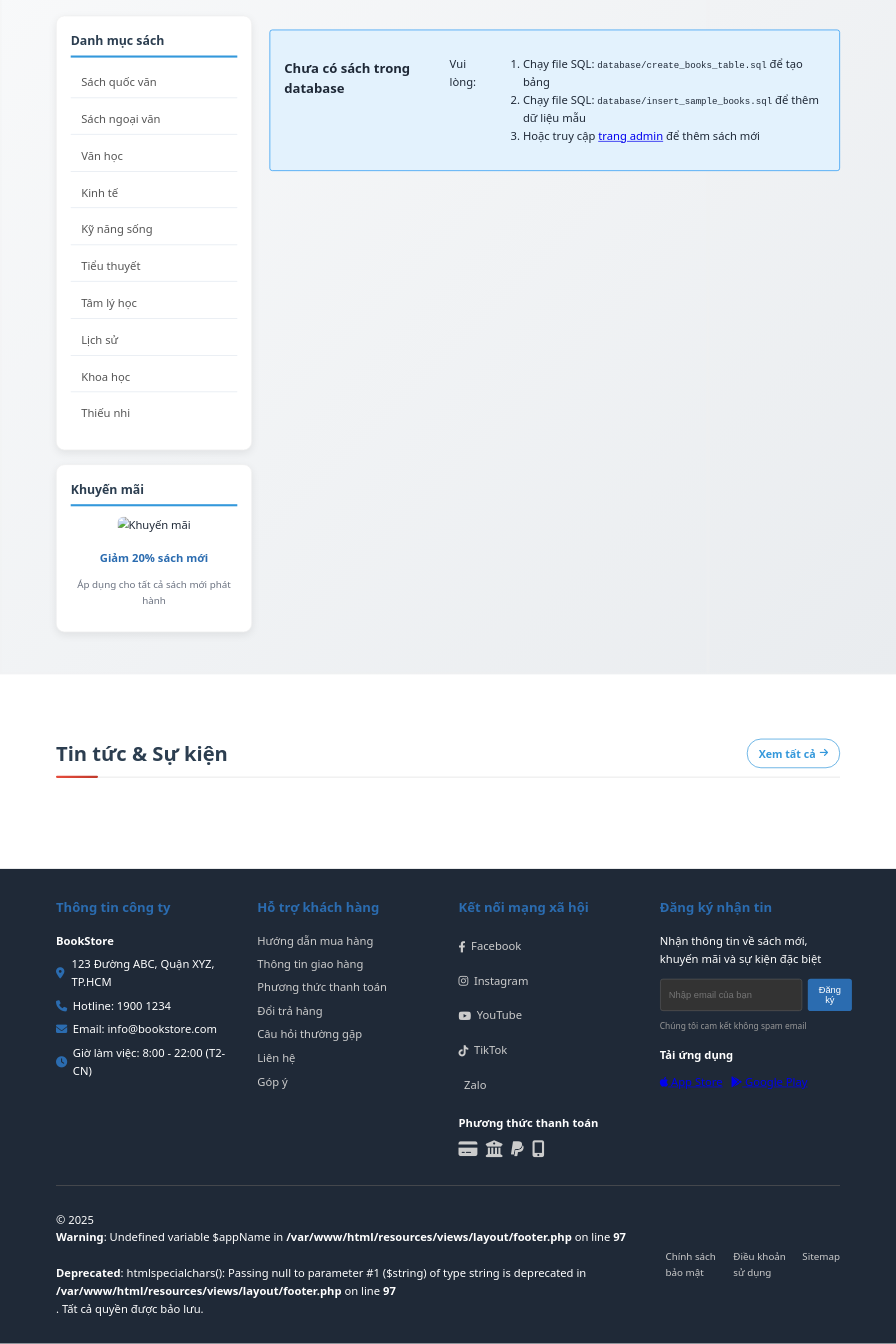
Repository: VoDTrongNghia/bai_tap_php
Page: http://localhost/bookstore/public/home
These files come from the project's save history. The page is drawn as it stood at one moment and after the next save; the edit follows.
The browser window is 1280 px wide. The pictures show the part of the page from y = 755 to 2675 px (the page is 2675 px tall before and 2547 px after), at 70% of full size.
The page is run by PHP 8.4 with error messages shown; the project is at /var/www/html/. Queries for data that is not in the repository find no rows.

Above is the page before, as saved 2025-12-01 00:49:55.
Console error: SyntaxError: Identifier 'BannerSlider' has already been declared

After the next save:
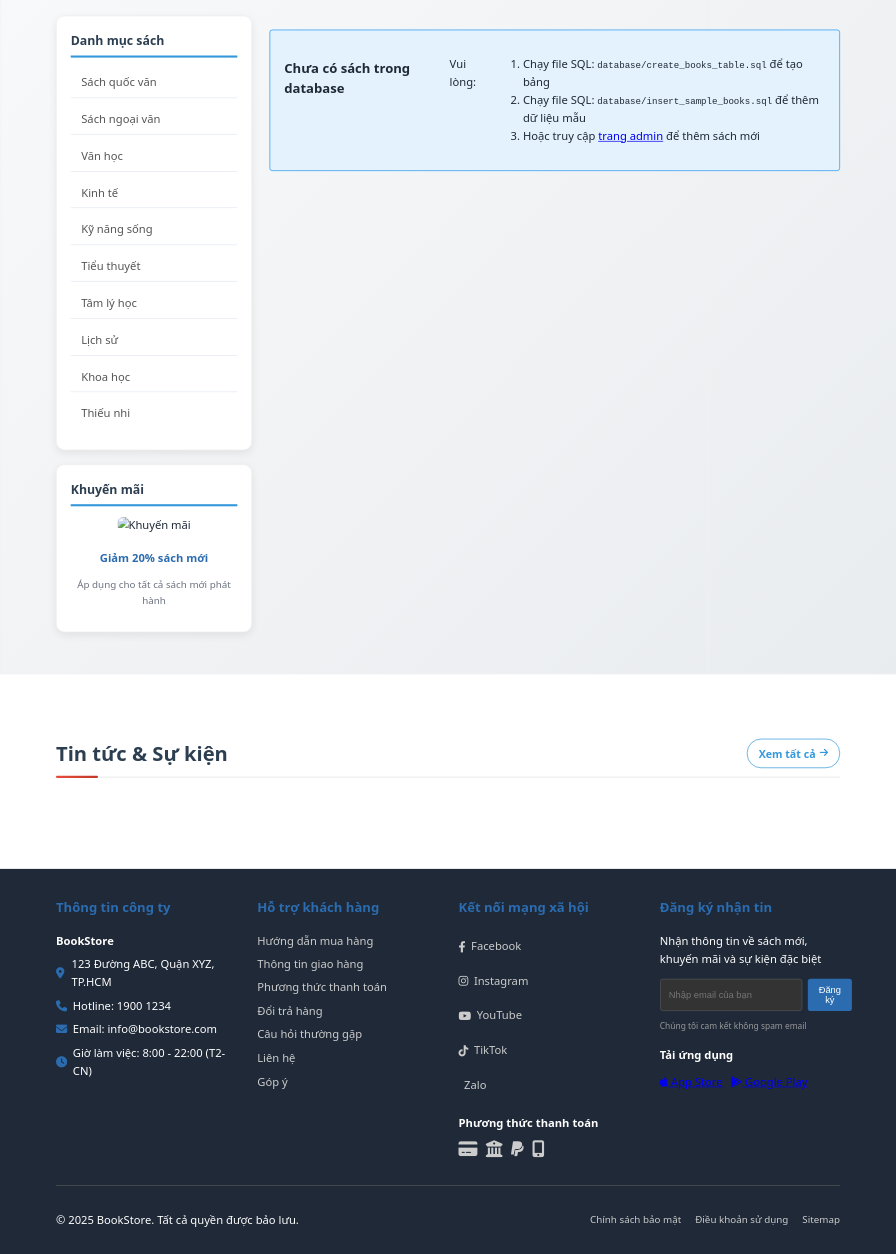
Saved 37 s later.
--- a/bookstore/resources/views/layout/footer.php
+++ b/bookstore/resources/views/layout/footer.php
@@ -94,7 +94,7 @@
         <div class="footer-bottom">
             <div class="footer-bottom-content">
                 <div class="copyright">
-                    <p>&copy; <?= date('Y') ?> <?= htmlspecialchars($appName) ?>. Tất cả quyền được bảo lưu.</p>
+                    <p>&copy; <?= date('Y') ?> <?= htmlspecialchars($appName ?? APP_NAME ?? 'Bookstore') ?>. Tất cả quyền được bảo lưu.</p>
                 </div>
                 <div class="footer-bottom-links">
                     <a href="<?= $baseUrl ?>books">Chính sách bảo mật</a>
